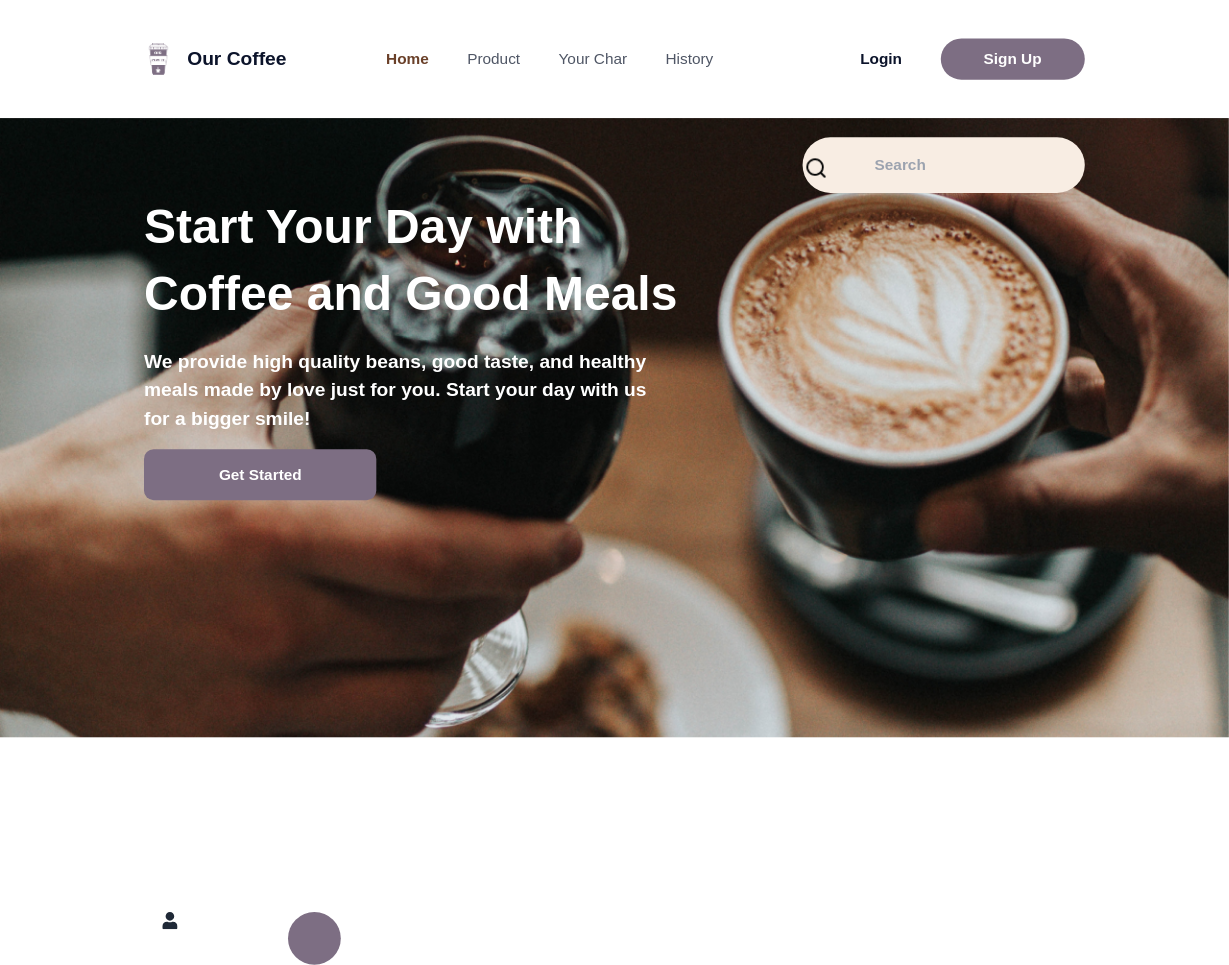
Repository: boykebn/fw12-collab2-FRONTEND
Page: / (app in our/)
The author's editor kept a copy of each file at every save. The page is drawn from the files as they stood at one save, then again after the next save.
The browser window is 1280 px wide. The pictures show the whole page, at 96% of full size.
The project was rebuilt for these pictures with package versions that can differ from the ones it lists, and the page was loaded fresh each time. The framework's server and built-in components were replaced by stand-ins that run in the browser. Also part of the build but not shown: our/next.config.js.

Above is the page before, as saved 2022-12-30 21:56:05.

After the next save:
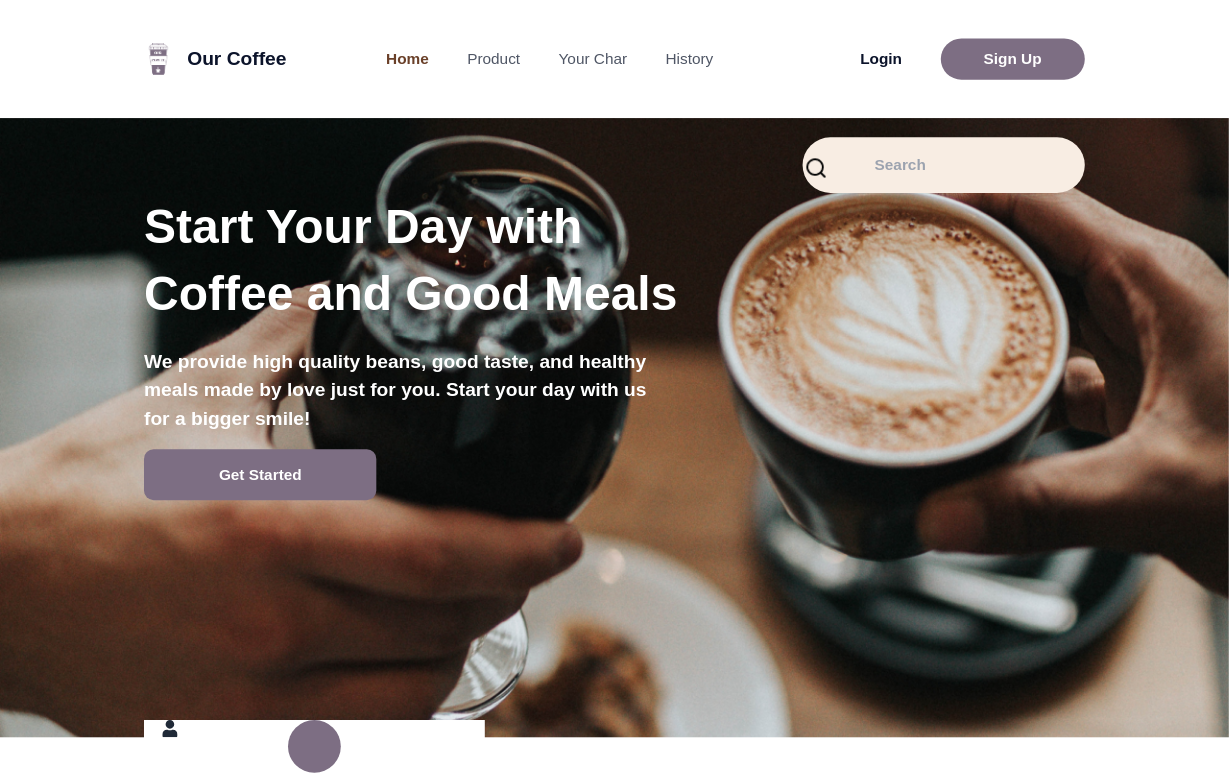
Saved 8 s later.
--- a/our/pages/index.js
+++ b/our/pages/index.js
@@ -43,7 +43,7 @@ export default function Home() {
           </div>
         </div>
       </div>
-      <div className="px-[150px] border-1 bg-white absolute left-[150px] top-[950px]">
+      <div className="px-[150px] border-1 bg-white absolute left-[150px] top-[750px]">
         <div>
           <FaUser className="w-[16px] h-[18px] absolute left-[19px] " />
           <div className="border-1 bg-[#7d6e83] w-[55px] h-[55px] rounded-[50%] left-[200px]"></div>
